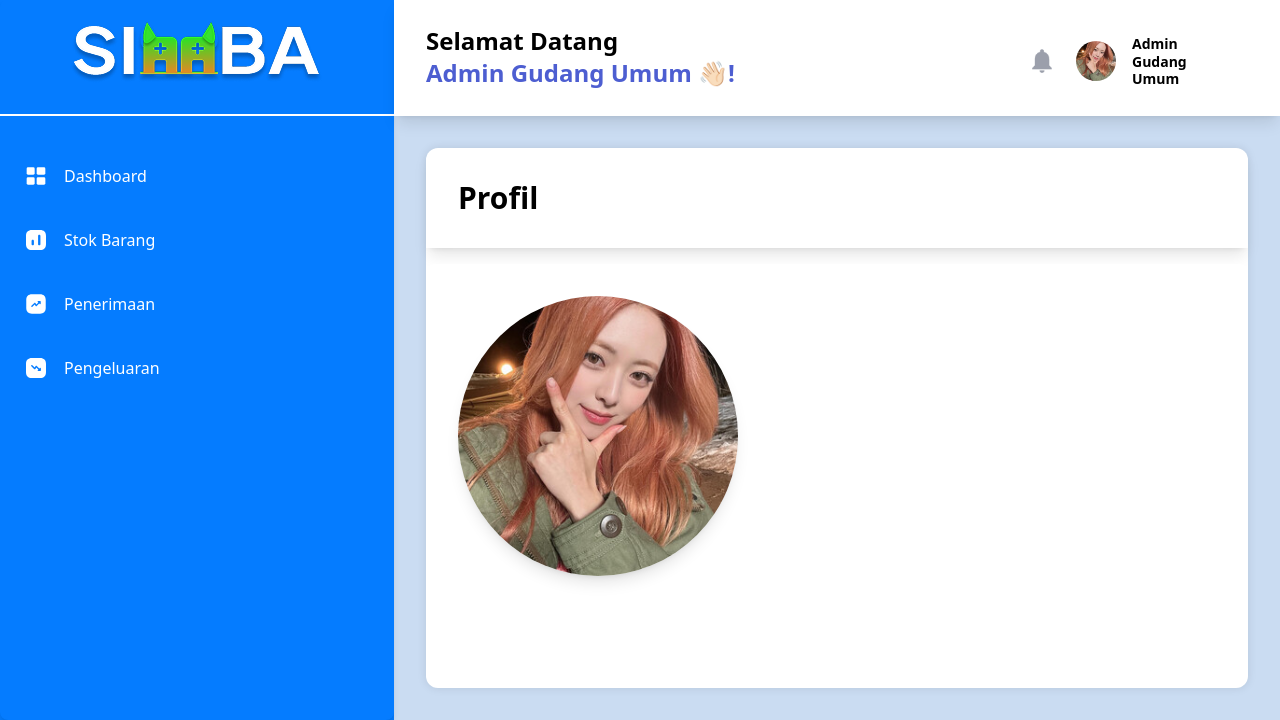
Repository: Gokerwow/inventory-fe
Page: /profil
These files come from the project's save history. The page is drawn as it stood at one moment and after the next save; the edit follows.
The browser window is 1280 px wide. The pictures show the whole page.
The project was rebuilt for these pictures with package versions that can differ from the ones it lists, and the page was loaded fresh each time. Also part of the build but not shown: vite.config.ts, src/components/lineChart.tsx, src/pages/dashboard.tsx, src/pages/stokBarang.tsx, src/components/pagination.tsx, src/components/PenerimaanTable.tsx, src/components/RiwayatPenerimaanTable.tsx, src/pages/penerimaan.tsx and 8 more.

Above is the page before, as saved 2025-10-28 12:03:19.

### index.html
<!doctype html>
<html lang="en">
  <head>
    <meta charset="UTF-8" />
    <link rel="icon" type="image/svg+xml" href="/vite.svg" />
    <meta name="viewport" content="width=device-width, initial-scale=1.0" />
    <title>inventory-fe</title>
  </head>
  <body>
    <div id="root"></div>
    <script type="module" src="/src/main.tsx"></script>
  </body>
</html>

### src/main.tsx
import { StrictMode } from 'react'
import { createRoot } from 'react-dom/client'
import './index.css'
import App from './App.tsx'
import ErrorBoundary from './components/errorBoundary.tsx'
import { BrowserRouter } from 'react-router-dom'

createRoot(document.getElementById('root')!).render(
  <StrictMode>
    <ErrorBoundary>
      <BrowserRouter>
        <App />
      </BrowserRouter>
    </ErrorBoundary>
  </StrictMode>,
)

### src/App.tsx
import './App.css'
import { Routes, Route, Navigate } from 'react-router-dom'
import Layout from './components/layout'
import Dashboard from './pages/dashboard'
import StokBarang from './pages/stokBarang'
import Penerimaan from './pages/penerimaan'
import Pengeluaran from './pages/pengeluaran'
import Profil from './pages/profil'
import TambahPenerimaan from './pages/TambahPenerimaan'
import FormDataBarangBelanja from './pages/FormDataBarangBelanja'

function App() {
  return (
    <Routes>
      <Route path="/" element={<Layout />}>
        <Route index element={<Navigate to="/dashboard" replace />} />
        <Route path="dashboard" element={<Dashboard />} />
        <Route path="pencatatan-stok" element={<StokBarang />} />
        <Route path="penerimaan">
          <Route index element={<Penerimaan />} />
          <Route path="tambah/barang-belanja" element={<FormDataBarangBelanja />} />
          <Route path="tambah" element={<TambahPenerimaan />} />
          {/* <Route path="edit/:id" element={<EditPenerimaan />} />
          <Route path="detail/:id" element={<DetailPenerimaan />} /> */}
        </Route>
        <Route path="pengeluaran" element={<Pengeluaran />} />
        <Route path="profil" element={<Profil />} />
      </Route>
    </Routes>
  )
}

export default App

### src/components/errorBoundary.tsx
// components/ErrorBoundary.tsx
import { ErrorBoundary as ReactErrorBoundary } from 'react-error-boundary';
import { type ReactNode } from 'react';

function ErrorFallback({ error, resetErrorBoundary }: any) {
    return (
        <div className="min-h-screen flex items-center justify-center bg-gray-100">
            <div className="bg-white p-8 rounded-lg shadow-lg max-w-md w-full">
                <h2 className="text-2xl font-bold text-red-600 mb-4">
                    Oops! Terjadi Error
                </h2>
                <div className="bg-red-50 border border-red-200 rounded p-4 mb-4">
                    <p className="text-red-800 font-semibold">Error:</p>
                    <p className="text-red-600 text-sm mt-2">{error.message}</p>
                </div>
                <details className="mb-4">
                    <summary className="cursor-pointer text-gray-600 hover:text-gray-800">
                        Stack Trace
                    </summary>
                    <pre className="mt-2 text-xs bg-gray-50 p-2 rounded overflow-auto max-h-40">
                        {error.stack}
                    </pre>
                </details>
                <button
                    onClick={resetErrorBoundary}
                    className="w-full bg-blue-600 text-white py-2 px-4 rounded hover:bg-blue-700 transition"
                >
                    Coba Lagi
                </button>
            </div>
        </div>
    );
}

interface ErrorBoundaryProps {
    children: ReactNode;
}

export default function ErrorBoundary({ children }: ErrorBoundaryProps) {
    return (
        <ReactErrorBoundary
            FallbackComponent={ErrorFallback}
            onError={(error, errorInfo) => {
                // Log error ke console atau service logging (Sentry, LogRocket, dll)
                console.error('Error caught by boundary:', error, errorInfo);
            }}
            onReset={() => {
                // Reset state aplikasi jika perlu
                window.location.href = '/';
            }}
        >
            {children}
        </ReactErrorBoundary>
    );
}

### src/App.css
@import "tailwindcss";

/* For WebKit Browsers */
::-webkit-scrollbar {
  width: 12px;
}

/* Make the track transparent */
::-webkit-scrollbar-track {
  background: transparent;
}

/* Style the thumb */
::-webkit-scrollbar-thumb {
  background-color: rgba(0, 0, 0, 0.2); /* Semi-transparent black */
  border-radius: 10px;
  border: 3px solid transparent; /* Padding around thumb */
  background-clip: content-box;
}

/* On hover, make it more visible */
::-webkit-scrollbar-thumb:hover {
  background-color: rgba(0, 0, 0, 0.4);
}

/* For Firefox - a bit trickier to make it auto-hiding like WebKit */
/* This just provides a very subtle scrollbar */
html {
  scrollbar-width: thin;
  scrollbar-color: rgb(22, 161, 237) transparent;
}


body {
  background-color: #cadcf2;
}

### src/components/layout.tsx
// components/Layout.tsx
import { Outlet } from 'react-router-dom';
import SideBar from '../components/sidebar'
import TopBar from '../components/topBar'

function Layout() {
    return (
        <div className="flex h-screen fixed w-screen">
            <SideBar />
            <div className="flex flex-col flex-1 h-full">
                <TopBar />
                <div className="overflow-auto p-8 flex-1 relative">
                    <Outlet />
                </div>
            </div>
        </div>
    );
}

export default Layout;

### src/pages/profil.tsx
import PfpExample from '../assets/Pfp Example.jpeg';

function Profil() {
    return (
        <div className="bg-white shadow-[0_0_10px_rgba(0,0,0,0.1)] h-full rounded-xl flex flex-col gap-4">
            <h1 className="text-3xl font-bold p-8 shadow-lg">Profil</h1>
            <div className="bg-white rounded-lg p-8">
                <div className='bg-white rounded-full w-70 h-70 flex items-center justify-center overflow-hidden shadow-lg'>
                    <img src={PfpExample} alt="Profile Picture" className='w-full' />
                </div>
            </div>
        </div>
    );
}

export default Profil;

### src/components/sidebar.tsx
import DashboardIcon from '../assets/DashboardIcon.svg?react';
import ChartIcon from '../assets/Chart.svg?react';
import PenerimaanIcon from '../assets/Penerimaan.svg?react';
import PengeluaranIcon from '../assets/Pengeluaran.svg?react';
import { NavLink } from 'react-router-dom';
import SimbaLogo from '../assets/logoSimbaDark.png';


export default function SideBar() {
    const menuItems = [
        { path: '/dashboard', icon: DashboardIcon, label: 'Dashboard' },
        { path: '/pencatatan-stok', icon: ChartIcon, label: 'Stok Barang' },
        { path: '/penerimaan', icon: PenerimaanIcon, label: 'Penerimaan' },
        { path: '/pengeluaran', icon: PengeluaranIcon, label: 'Pengeluaran' },
    ];

    return (
        <div className='w-[394px] h-full bg-[#057CFF]'>
            <div className="text-white flex flex-col h-full rounded-lg overflow-hidden shadow-md">
                <div className='flex justify-center items-center border-b-2 border-white'>
                    <img src={SimbaLogo} alt="Simba Logo" />
                </div>
                <ul className='flex flex-col gap-6 px-4 py-10 '>
                    {menuItems.map((item) => (
                        <li key={item.path}>
                            <NavLink
                                to={item.path}
                                className={({ isActive }) =>
                                    `flex items-center gap-4 p-2 rounded-md cursor-pointer transition-all duration-300 ${isActive
                                        ? 'bg-white/20 text-white translate-x-5'
                                        : ' text-white hover:bg-white/20 hover:text-white group hover:translate-x-5'
                                    }`
                                }
                            >
                                {({ isActive }) => (
                                    <>
                                        <item.icon
                                            className={`w-6 h-6 fill-current transition-colors ${isActive
                                                ? 'text-white'
                                                : 'text-white group-hover:text-white'
                                                }`}
                                        />
                                        <span>{item.label}</span>
                                    </>
                                )}
                            </NavLink>
                        </li>
                    ))}

                </ul>
            </div>
        </div>
    );
}

### src/components/topBar.tsx
import NotifIcon from '../assets/Notification.png';
import PfpExample from '../assets/Pfp Example.jpeg';
import { NavLink } from 'react-router-dom';


export default function TopBar() {
    return (
        <div className="w-full flex items-center justify-between bg-white shadow-lg z-50 h-29 border-b-2 border-white px-8">
            <div className='overflow-hidden flex h-20 items-stretch flex-1 justify-between'>
                <div className='text-2xl font-bold h-full flex flex-col justify-center'>
                    <p className=''>Selamat Datang</p>
                    <p className=' text-[#4D5ED1]'>Admin Gudang Umum 👋🏻!</p>
                </div>
                <NavLink to={'/profil'}>
                    <div className='flex items-center justify-center gap-4 px-4 py-4.5 cursor-pointer hover:bg-gray-200 transition-all duration-200'>
                        <div className='bg-white rounded-full w-9 h-9 flex items-center justify-center'>
                            <img src={NotifIcon} alt="Notification Icon" className='h-6' />
                        </div>
                        <div className='flex items-center gap-4'>
                            <div className='bg-white rounded-full w-10 h-10 flex items-center justify-center overflow-hidden'>
                                <img src={PfpExample} alt="Profile Picture" className='w-full' />
                            </div>
                            <span className='max-w-[100px] break-words leading-tight font-semibold text-sm'>Admin Gudang Umum</span>
                        </div>
                    </div>
                </NavLink>
            </div>
        </div>
    )
}

Loaded but not shown: src/index.css (common file)

After the next save:
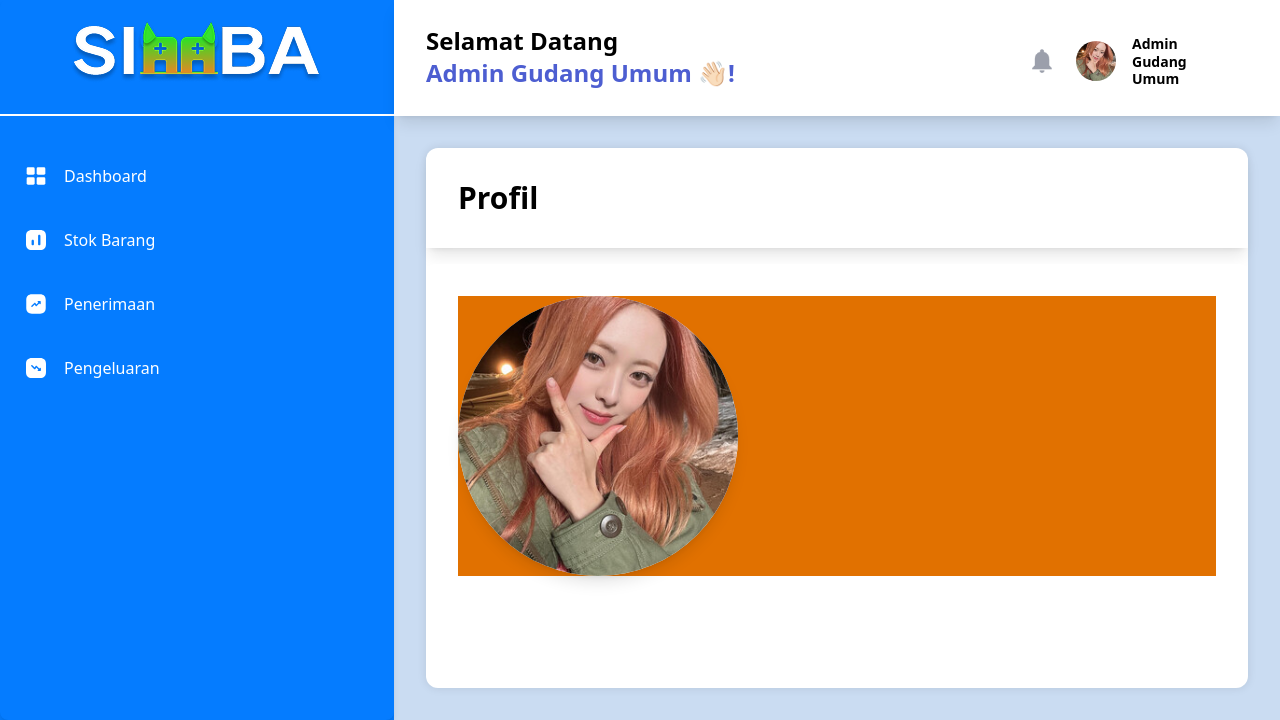
Saved 18 s later.
--- a/src/pages/profil.tsx
+++ b/src/pages/profil.tsx
@@ -5,8 +5,10 @@ function Profil() {
         <div className="bg-white shadow-[0_0_10px_rgba(0,0,0,0.1)] h-full rounded-xl flex flex-col gap-4">
             <h1 className="text-3xl font-bold p-8 shadow-lg">Profil</h1>
             <div className="bg-white rounded-lg p-8">
-                <div className='bg-white rounded-full w-70 h-70 flex items-center justify-center overflow-hidden shadow-lg'>
-                    <img src={PfpExample} alt="Profile Picture" className='w-full' />
+                <div className='bg-amber-600'>
+                    <div className='bg-white rounded-full w-70 h-70 flex items-center justify-center overflow-hidden shadow-lg'>
+                        <img src={PfpExample} alt="Profile Picture" className='w-full' />
+                    </div>
                 </div>
             </div>
         </div>
